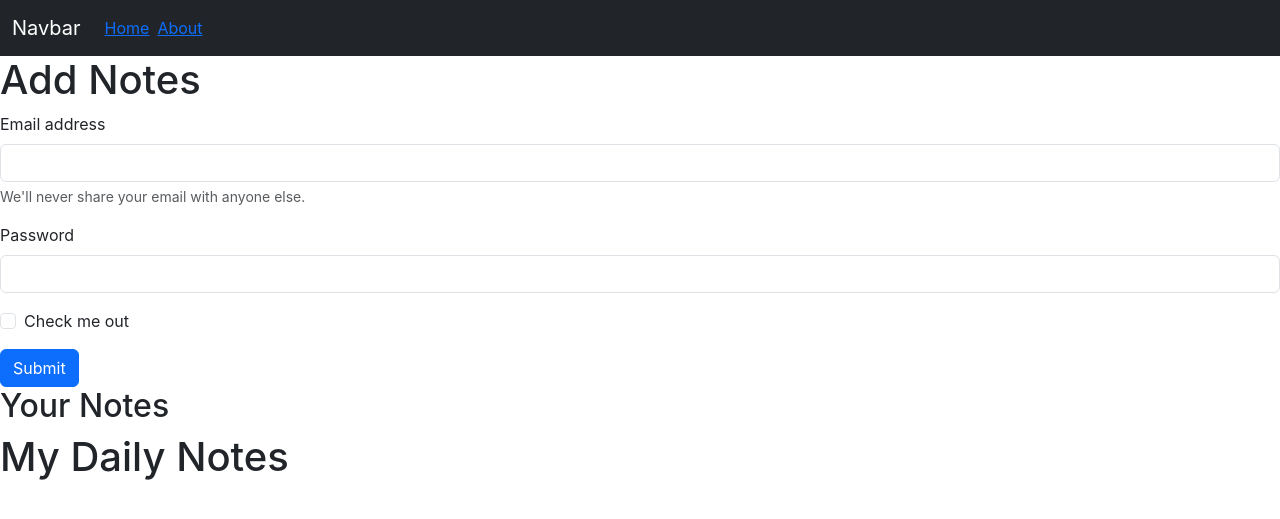
Repository: alphacode77/DailyNotes-react
Page: /home
These files come from the project's save history. The page is drawn as it stood at one moment and after the next save; the edit follows.
The browser window is 1280 px wide. The pictures show the whole page.
Some web libraries are served in a nearby version. The project was rebuilt for these pictures with package versions that can differ from the ones it lists, and the page was loaded fresh each time. Also part of the build but not shown: src/App.css, src/components/About.js.

Above is the page before, as saved 2023-02-27 23:07:48.

### public/index.html
<!DOCTYPE html>
<html lang="en">
  <head>
    <meta charset="utf-8" />
    <link rel="icon" href="%PUBLIC_URL%/favicon.ico" />
    <meta name="viewport" content="width=device-width, initial-scale=1" />
    <meta name="theme-color" content="#000000" />
    <meta
      name="description"
      content="Web site created using create-react-app"
    />
    <link rel="apple-touch-icon" href="%PUBLIC_URL%/logo192.png" />
    <!--
      manifest.json provides metadata used when your web app is installed on a
      user's mobile device or desktop. See https://developers.google.com/web/fundamentals/web-app-manifest/
    -->
    <link rel="manifest" href="%PUBLIC_URL%/manifest.json" />
    <!--
      Notice the use of %PUBLIC_URL% in the tags above.
      It will be replaced with the URL of the `public` folder during the build.
      Only files inside the `public` folder can be referenced from the HTML.

      Unlike "/favicon.ico" or "favicon.ico", "%PUBLIC_URL%/favicon.ico" will
      work correctly both with client-side routing and a non-root public URL.
      Learn how to configure a non-root public URL by running `npm run build`.
    -->
    <link href="https://cdn.jsdelivr.net/npm/bootstrap@5.3.0-alpha1/dist/css/bootstrap.min.css" rel="stylesheet" integrity="sha384-GLhlTQ8iRABdZLl6O3oVMWSktQOp6b7In1Zl3/Jr59b6EGGoI1aFkw7cmDA6j6gD" crossorigin="anonymous">
    <title>React App</title>
  </head>
  <body>
    <noscript>You need to enable JavaScript to run this app.</noscript>
    <div id="root"></div>
    <!--
      This HTML file is a template.
      If you open it directly in the browser, you will see an empty page.

      You can add webfonts, meta tags, or analytics to this file.
      The build step will place the bundled scripts into the <body> tag.

      To begin the development, run `npm start` or `yarn start`.
      To create a production bundle, use `npm run build` or `yarn build`.
    -->
    <script src="https://cdn.jsdelivr.net/npm/bootstrap@5.3.0-alpha1/dist/js/bootstrap.bundle.min.js" integrity="sha384-w76AqPfDkMBDXo30jS1Sgez6pr3x5MlQ1ZAGC+nuZB+EYdgRZgiwxhTBTkF7CXvN" crossorigin="anonymous"></script>
    <script src="https://kit.fontawesome.com/320aa9be75.js" crossorigin="anonymous"></script>
  </body>
</html>

### src/index.css
body {
  margin: 0;
  font-family: -apple-system, BlinkMacSystemFont, 'Segoe UI', 'Roboto', 'Oxygen',
    'Ubuntu', 'Cantarell', 'Fira Sans', 'Droid Sans', 'Helvetica Neue',
    sans-serif;
  -webkit-font-smoothing: antialiased;
  -moz-osx-font-smoothing: grayscale;
}

code {
  font-family: source-code-pro, Menlo, Monaco, Consolas, 'Courier New',
    monospace;
}


/* Custom Styles */
i{
  cursor: pointer;
}

### src/App.js
import './App.css';
import Navbar from './components/Navbar';
import Home from './components/Home';
import About from './components/About';
import NoteState from './Context/Notes/NoteState';
import {
  BrowserRouter as Router,
  Route,
  Routes
} from "react-router-dom";

function App() {
  return (
    <>
    <NoteState>

    <Router>
      <Navbar/>
    <Routes>
      <Route exact path="/home" element={<Home/>} />
      <Route exact path="/about" element={<About/>} />
      {/* <Route exactPath="/navbar" element={<Navbar/>} /> */}
    </Routes>
    <h1>My Daily Notes</h1>
  </Router>
  </NoteState>

    </>

  );
}

export default App;

### src/components/Navbar.js
import React, { useEffect }  from 'react'
import { Link,useLocation } from 'react-router-dom'

const Navbar = ()=>{
  let location = useLocation();
  useEffect(()=>{

  },[location])
    return (
     <>
     <nav className="navbar navbar-expand-lg bg-dark navbar-dark">
  <div className="container-fluid">
    <Link className="navbar-brand" to="/">Navbar</Link>
    <button className="navbar-toggler" type="button" data-bs-toggle="collapse" data-bs-target="#navbarSupportedContent" aria-controls="navbarSupportedContent" aria-expanded="false" aria-label="Toggle navigation">
      <span className="navbar-toggler-icon"></span>
    </button>
    <div className="collapse navbar-collapse" id="navbarSupportedContent">
      <ul className="navbar-nav me-auto mb-2 mb-lg-0">
        <li className="nav-item mx-2">
          <Link className={`"nav-link" ${location.pathname==="/home"?"active":""}`} aria-current="page" to="/home">Home</Link>
        </li>
        <li className="nav-item">
          <Link className={`"nav-link" ${location.pathname==="/about"?"active":""}`} to="/about">About</Link>
        </li>
      </ul>

    </div>
  </div>
</nav>
     </>
    )
}

export default Navbar

### src/components/Home.js
import React from "react"

const Home =()=>{
    return(
        <>
        <h1>Add Notes</h1>
        <form>
  <div class="mb-3">
    <label for="exampleInputEmail1" class="form-label">Email address</label>
    <input type="email" class="form-control" id="exampleInputEmail1" aria-describedby="emailHelp"/>
    <div id="emailHelp" class="form-text">We'll never share your email with anyone else.</div>
  </div>
  <div class="mb-3">
    <label for="exampleInputPassword1" class="form-label">Password</label>
    <input type="password" class="form-control" id="exampleInputPassword1"/>
  </div>
  <div class="mb-3 form-check">
    <input type="checkbox" class="form-check-input" id="exampleCheck1"/>
    <label class="form-check-label" for="exampleCheck1">Check me out</label>
  </div>
  <button type="submit" class="btn btn-primary">Submit</button>
</form>
        <h2>Your Notes</h2>
        </>
    )
}

export default Home

### src/Context/Notes/NoteState.js
import React,{useState} from "react";
import NoteContext from "./NoteContext"


const NoteState = (props)=>{

   const initalNotes= [
    {
      "_id": "63f3b6c7c6863985aada677be",
      "user": "63f20b9a00ad623ad3d4dae2",
      "title": "This is my second title",
      "description": "Description of the second note",
      "tag": "demo check",
      "date": "2023-02-20T18:07:03.296Z",
      "__v": 0
    },
    {
      "_id": "63f3b892a33086ff244bcc267",
      "user": "63f20b9a00ad623ad3d4dae2",
      "title": "This is my second title",
      "description": "Description of the second note",
      "tag": "demo check",
      "date": "2023-02-20T18:14:42.184Z",
      "__v": 0
    },
    {
      "_id": "63f3b89ca34086ff244bcc26b",
      "user": "63f20b9a00ad623ad3d4dae2",
      "title": "This is my second title12",
      "description": "Description of the second note12",
      "tag": "demo check",
      "date": "2023-02-20T18:14:52.449Z",
      "__v": 0
    },
    {
      "_id": "63f49f58882156f0ed94969e",
      "user": "63f20b9a00ad623ad3d4dae2",
      "title": "This is my third title",
      "description": "Description of the third note",
      "tag": "personal",
      "date": "2023-02-21T10:39:20.800Z",
      "__v": 0
    },
    {
      "_id": "63f49f588821565f0ed94969e",
      "user": "63f20b9a00ad623ad3d4dae2",
      "title": "This is my third title",
      "description": "Description of the third note",
      "tag": "personal",
      "date": "2023-02-21T10:39:20.800Z",
      "__v": 0
    },
    {
      "_id": "63f90022ae5c6479c6e95d43e",
      "user": "63f20b9a00ad623ad3d4dae2",
      "title": "This is my fourth title",
      "description": "Description of the fourth note",
      "tag": "personal",
      "date": "2023-02-24T18:21:30.036Z",
      "__v": 0
    },
    {
      "_id": "63f90b33480d3d651f2ba231",
      "user": "63f20b9a00ad623ad3d4dae2",
      "title": "This is my fifth title",
      "description": "Description of the fifth note",
      "tag": "personal",
      "date": "2023-02-24T19:08:35.605Z",
      "__v": 0
    }
  ]
const [notes,setNotes]=useState(initalNotes)

  //Add Notes
const addNote=(title,description,tag)=>{
  let note={
  "_id": "63f90022ae5c6479c6e95d43e",
  "user": "63f20b9a00ad623ad3d4dae2",
  "title": title,
  "description": description,
  "tag": tag,
  "date": "2023-02-24T18:21:30.036Z",
  "__v": 0
  }
setNotes(notes.concat (note))
}

//Delete Notes
const deleteNote=()=>{

}

//Update Notes
const updateNote= ()=>{

}
    return (
        <NoteContext.Provider value={{notes,setNotes,addNote,deleteNote,updateNote}}>
            {props.children}
        </NoteContext.Provider>

    )
}

export default NoteState;

### src/Context/Notes/NoteContext.js
import {createContext} from 'react'

const NoteContext = createContext();

export default NoteContext;

Loaded but not shown: src/index.js (common file)

After the next save:
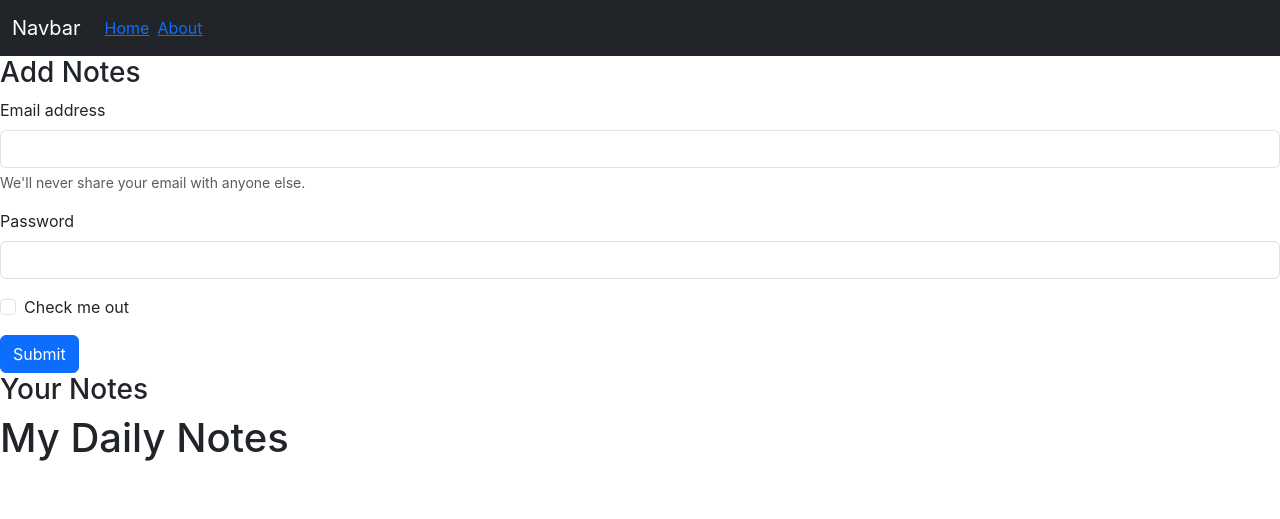
Saved 26 s later.
--- a/src/components/Home.js
+++ b/src/components/Home.js
@@ -3,7 +3,7 @@ import React from "react"
 const Home =()=>{
     return(
         <>
-        <h1>Add Notes</h1>
+        <h3>Add Notes</h3>
         <form>
   <div class="mb-3">
     <label for="exampleInputEmail1" class="form-label">Email address</label>
@@ -20,7 +20,7 @@ const Home =()=>{
   </div>
   <button type="submit" class="btn btn-primary">Submit</button>
 </form>
-        <h2>Your Notes</h2>
+        <h3>Your Notes</h3>
         </>
     )
 }
